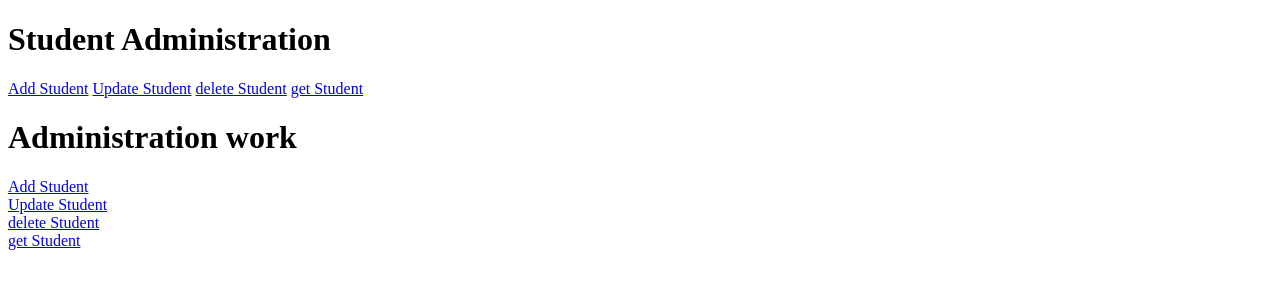
Repository: Anandnand/Web-Application
Page: http://localhost/index
An editor plug-in stored every save of this project. The page is shown before and after the next save, followed by the edit.
The browser window is 1280 px wide. The pictures show the whole page.
The page is this project's Thymeleaf template; nobody is signed in. The template is opened directly, without the code that normally fills it, so the values that code supplies are empty.

Above is the page before, as saved 2024-03-25 16:52:11.

After the next save:
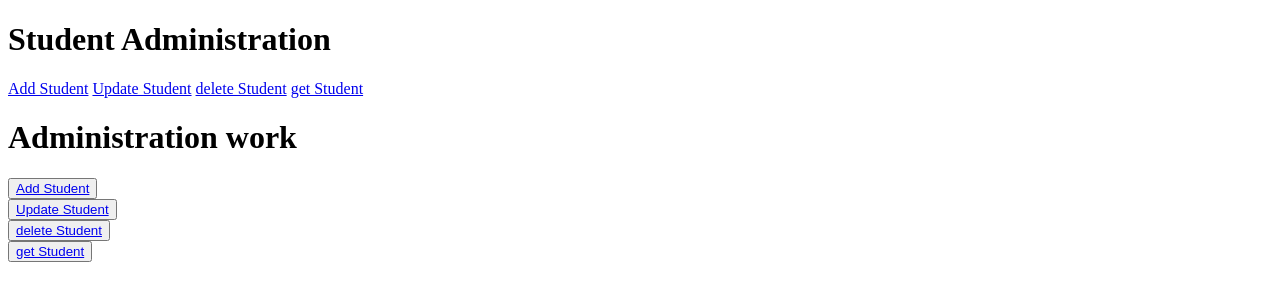
Saved 7 min 37 s later.
--- a/Login/src/main/resources/templates/index.html
+++ b/Login/src/main/resources/templates/index.html
@@ -21,10 +21,10 @@
 <h1>Administration work</h1>
 </div>
 	<div id="box">
-		<a href="/api/nav/addStudent" target="_blank">Add Student</a> <br>
-		<a href="/api/nav/updateStudent" target="_blank">Update Student</a> <br>
-		<a href="/api/nav/deleteStudent" target="_blank">delete Student</a> <br>
-		<a href="/api/nav/getStudent" target="_blank">get Student</a>
+		<button><a href="/api/nav/addStudent" target="_blank">Add Student</a></button> <br>
+	<button><a href="/api/nav/updateStudent" target="_blank">Update Student</a></button> <br>
+	<button><a href="/api/nav/deleteStudent" target="_blank">delete Student</a></button><br>
+	<button><a href="/api/nav/getStudent" target="_blank">get Student</a></button>
 	</div>
 
 </body>
